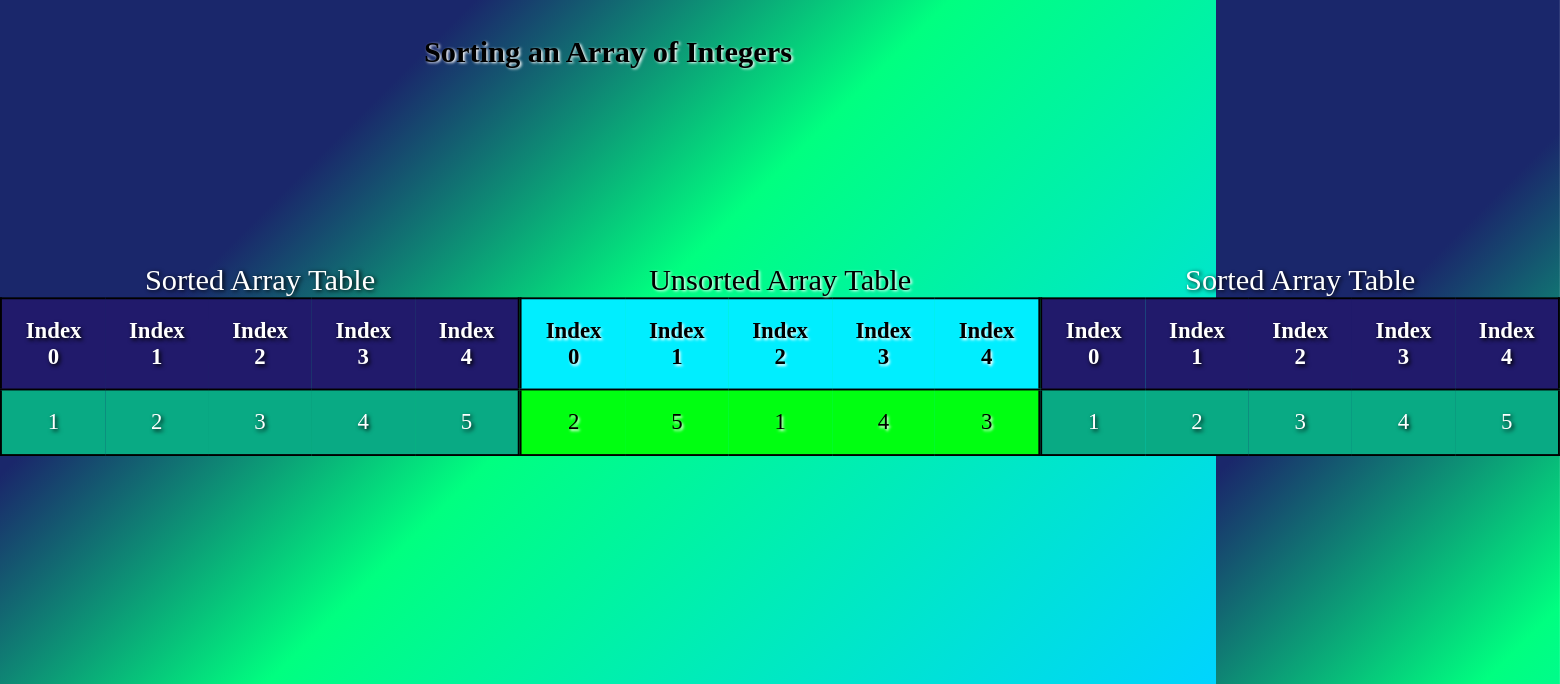
Repository: mlmEFSC21/P16-Sorting-Integers
Page: sort.html
The author's editor kept a copy of each file at every save. The page is drawn from the files as they stood at one save, then again after the next save.
The browser window is 1280 px wide. The page is 1642 px wide, then 1280 px, so the pictures cover 1642 px, including what lies to the right of the window. The pictures show the whole page, at 95% of full size.

Above is the page before, as saved 2022-03-26 08:34:35.

After the next save:
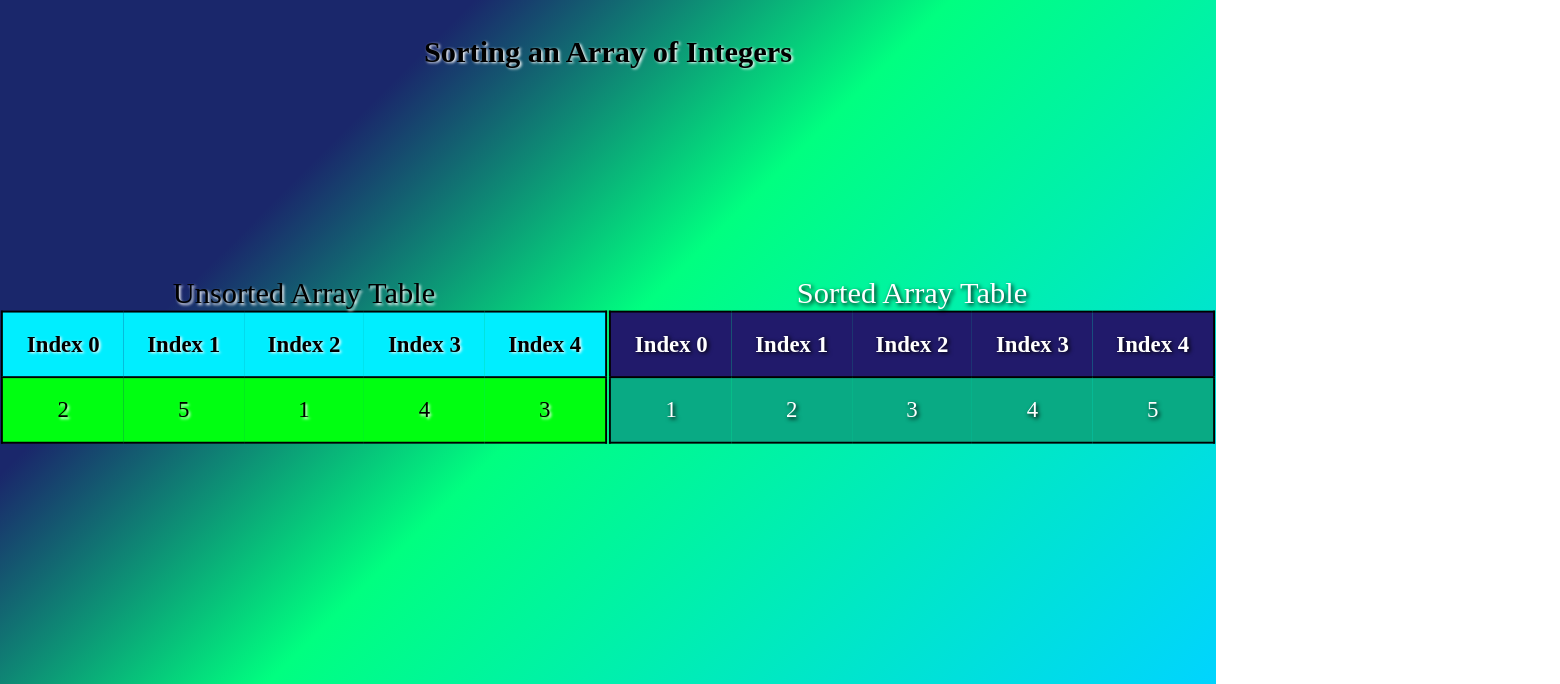
Saved 16 s later.
--- a/sort.html
+++ b/sort.html
@@ -13,29 +13,7 @@
             <h1>Sorting an Array of Integers</h1>
         </header>
         <section>
-            <div class="arrayContainer" id="arrayContainer">
-                <table class="sortedTable" id="sortedTable">
-                    <caption>
-                        Sorted Array Table
-                    </caption>
-                    <thead>
-                        <th>Index 0</th>
-                        <th>Index 1</th>
-                        <th>Index 2</th>
-                        <th>Index 3</th>
-                        <th>Index 4</th>
-                    </thead>
-                    <tbody>
-                        <tr>
-                            <td>1</td>
-                            <td>2</td>
-                            <td>3</td>
-                            <td>4</td>
-                            <td>5</td>
-                        </tr>
-                    </tbody>
-                </table>
-            </div>
+            <div class="arrayContainer" id="arrayContainer"></div>
         </section>
     </body>
 </html>
